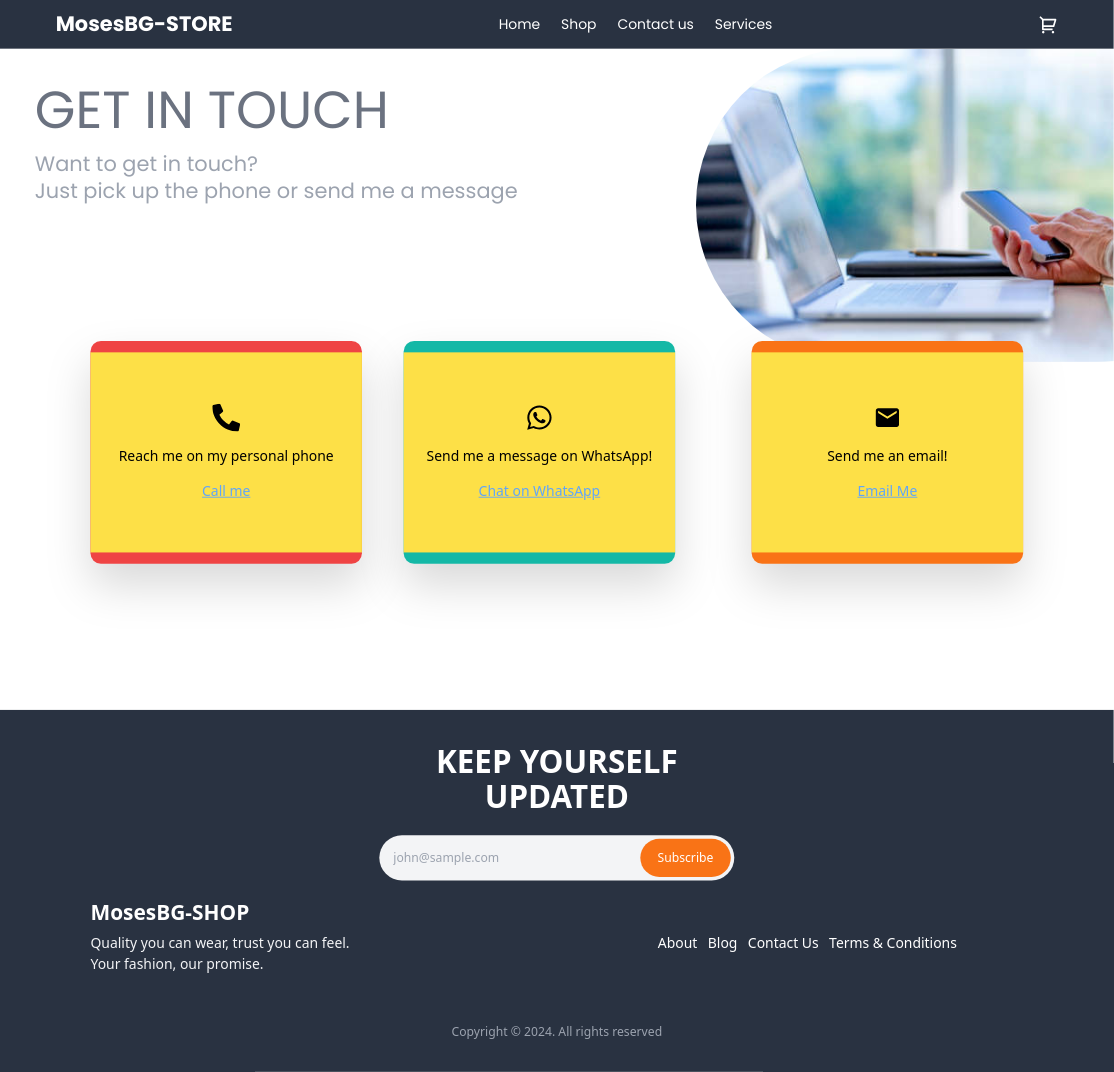
Repository: moshebengan/cart
Page: /fake-store/contact-us
The author's editor kept a copy of each file at every save. The page is drawn from the files as they stood at one save, then again after the next save.
The browser window is 1280 px wide. The pictures show the whole page, at 87% of full size.
The project was rebuilt for these pictures with package versions that can differ from the ones it lists, and the page was loaded fresh each time. Also part of the build but not shown: vite.config.js, src/components/Error.jsx, src/utils/data.js, src/utils/apiCalls.js, src/components/Loading.jsx, src/components/Products.jsx, src/pages/HomePage.jsx, src/components/EmptyCart.jsx and 4 more.

Above is the page before, as saved 2024-09-16 09:59:16.

After the next save:
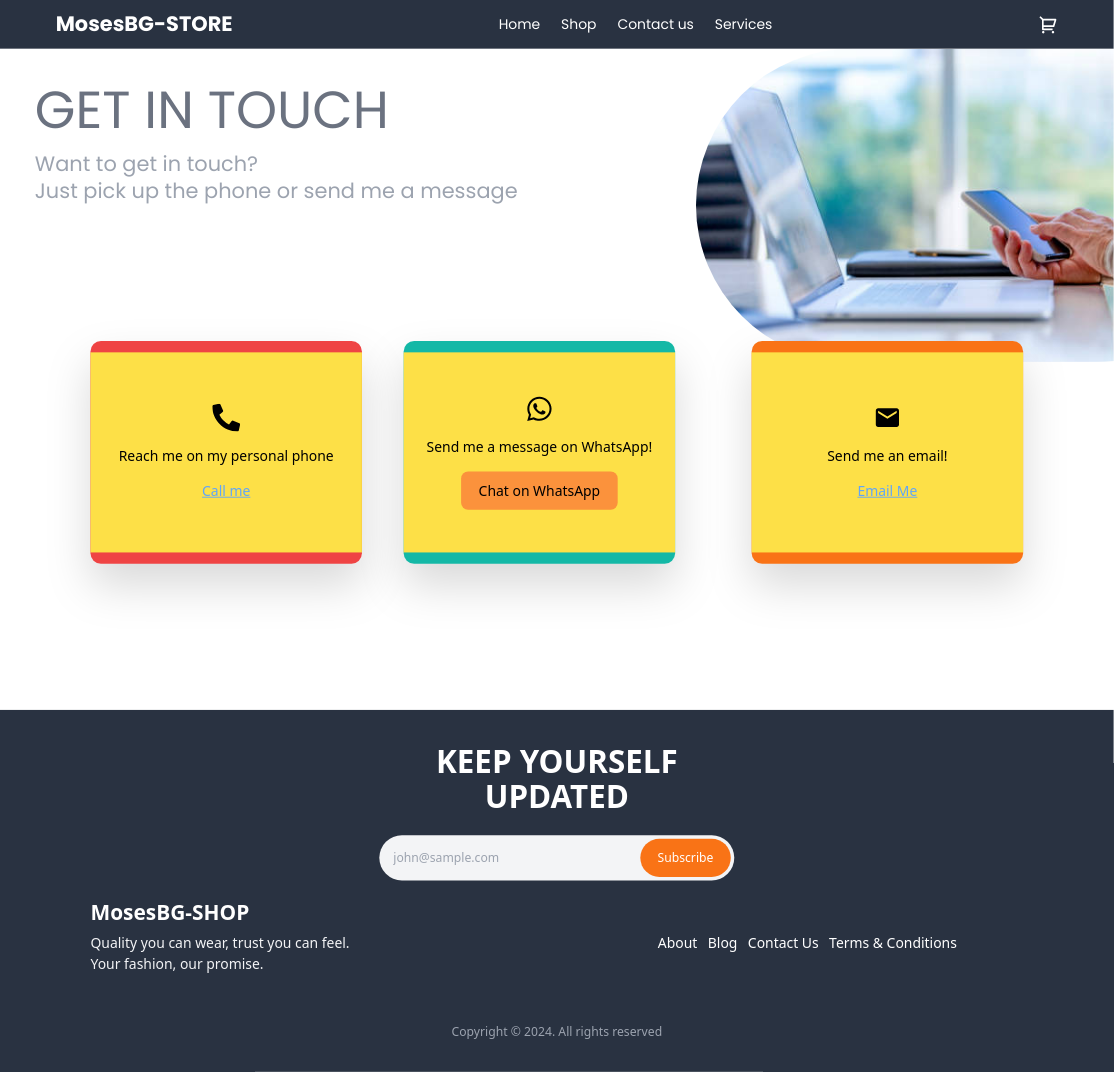
Saved 83 s later.
--- a/src/pages/ContactUs.jsx
+++ b/src/pages/ContactUs.jsx
@@ -40,14 +40,16 @@ const ContactUs = () => {
               <div className="bg-yellow-300 h-[90%] w-full items-center justify-center flex  flex-col gap-4">
                 <FaWhatsapp size={"2em"} />
                 <span>Send me a message on WhatsApp!</span>
+                <button className="px-5 py-2.5 font-medium bg-orange-400 rounded-lg transition hover:bg-orange-800">
                 <a
                   href={`https://wa.me/${+972525833787}`}
                   target="_blank"
                   rel="noopener noreferrer"
-                  className="text-blue-400 underline"
+                  className="text-black"
                 >
                   Chat on WhatsApp
                 </a>
+                </button>
               </div>
             </div>
             <div className="mr-10 w-1/4 h-full bg-orange-500  flex items-center justify-center rounded-xl drop-shadow-2xl">
